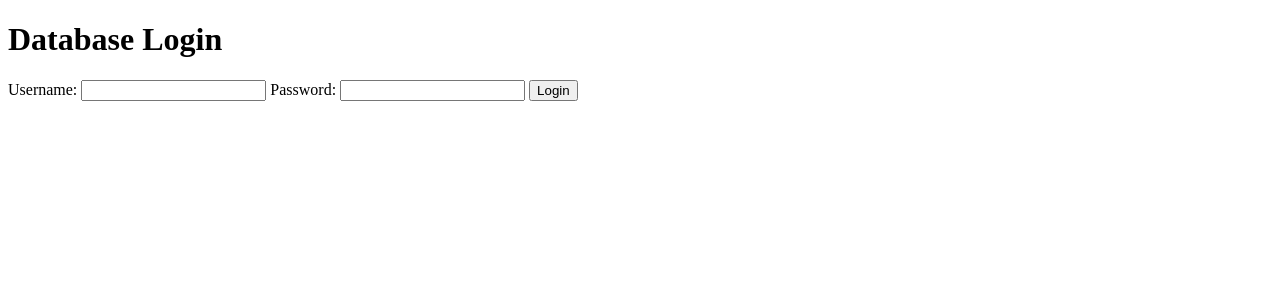
Repository: PeterNicole/JavaEE
Page: http://localhost/NDPTAssn1/Team
These files come from the project's save history. The page is drawn as it stood at one moment and after the next save; the edit follows.
The browser window is 1280 px wide. The pictures show the whole page.
The page is served by Tomcat 9.

Above is the page before, as saved 2016-06-11 00:24:11.

After the next save:
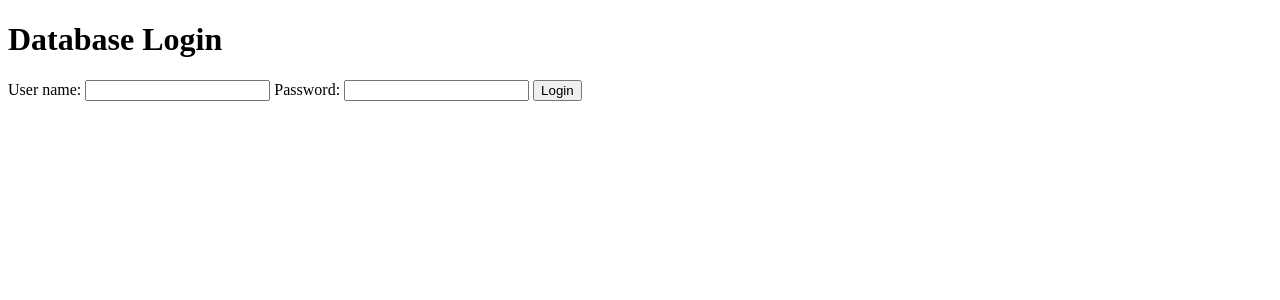
Saved 7 s later.
--- a/NDPTAssn1/WebContent/Login.jsp
+++ b/NDPTAssn1/WebContent/Login.jsp
@@ -10,7 +10,7 @@
 <body>
 	<h1>Database Login</h1>
 	<form name="loginForm" method="POST" action="/CustomServlet" >
-		<label>Username: </label>
+		<label>User name: </label>
 		<input type="text" name="username" />
 
 		<label>Password: </label>
